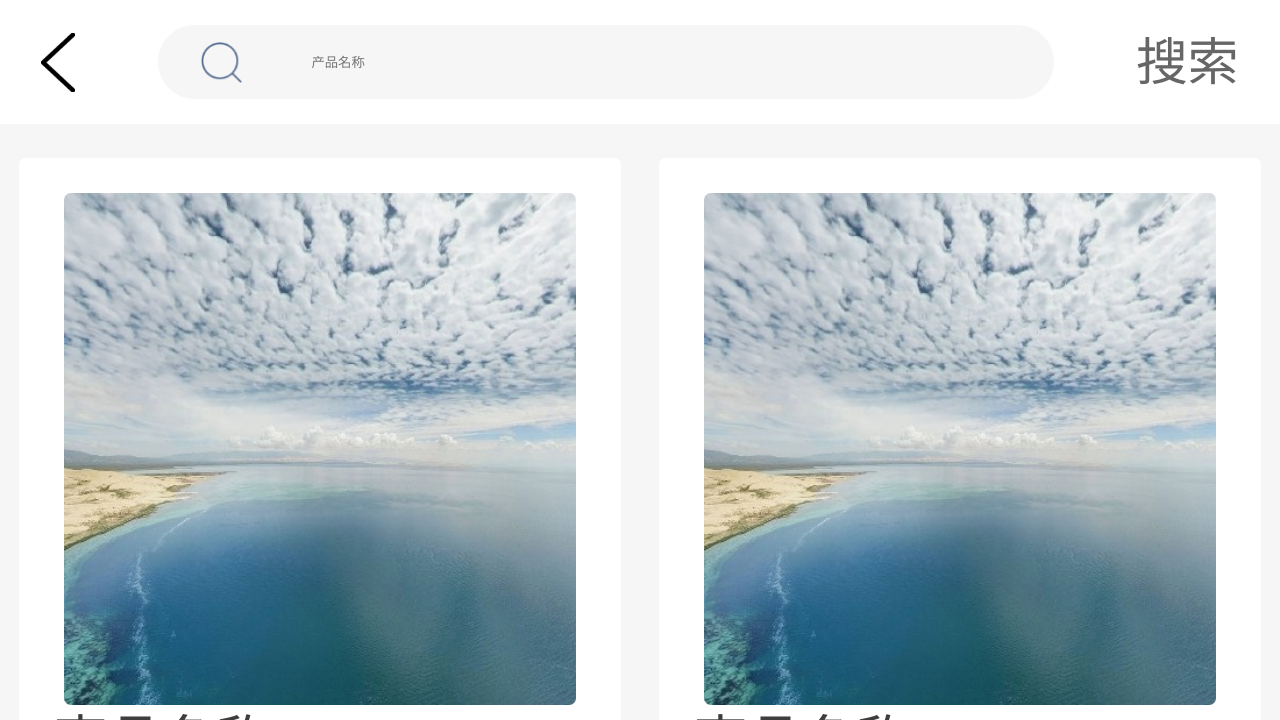
Repository: 421538074/sell
Page: consumer/search.html
The author's editor kept a copy of each file at every save. The page is drawn from the files as they stood at one save, then again after the next save.
The browser window is 1280 px wide. The pictures show the whole page.
An inner scrolling area shows only its first screen.

Above is the page before, as saved 2019-05-30 09:50:47.

### consumer/search.html
<!DOCTYPE html>
<html lang="en">

<head>
    <meta charset="UTF-8">
    <meta name="viewport" content="width=device-width, initial-scale=1.0">
    <meta http-equiv="X-UA-Compatible" content="ie=edge">
    <title>搜索</title>
    <link rel="stylesheet" href="../css/base.css">
    <link rel="stylesheet" href="css/common.css">
    <link rel="stylesheet" href="css/search.css">
</head>

<body>
    <div id="app" class="content">
        <div class="search-bar-wrapper">
            <img @click="back()" src="../img/back.png" class="back-icon">
            <input v-model="keywords" placeholder="产品名称" type="text" class="search-input">
            <img @click="clearInput" v-show="isShowClearIcon" src="../img/close.png" class="clear-icon">
            <span class="serach-title">搜索</span>
        </div>
        <div class="search-result-wrapper">
            <div v-for="n in 20" class="search-goods-item">
                <img src="../img/1.jpg" class="goods-item-icon">
                <p class="goods-title ellipsis">商品名称</p>
                <p class="sell-counts ellipsis">销量：123</p>
                <p class="price-wrapper ellipsis">
                    <span class="current-price ellipsis">￥111</span>
                    <span class="original-price ellipsis">￥120</span>
                </p>
                <p class="shop-title ellipsis">店铺名非对方答复大帅府对方安定坊 称</p>
            </div>
        </div>
    </div>
    <script src="../js/api.js"></script>
    <script src="../js/vue.js"></script>
    <script src="js/vue-mixin.js"></script>
    <script src="js/search.js"></script>
</body>

</html>

### css/base.css
/* http://meyerweb.com/eric/tools/css/reset/
   v2.0 | 20110126
   License: none (public domain)
*/

html,
body,
div,
span,
applet,
object,
iframe,
h1,
h2,
h3,
h4,
h5,
h6,
p,
blockquote,
pre,
a,
abbr,
acronym,
address,
big,
cite,
code,
del,
dfn,
em,
img,
ins,
kbd,
q,
s,
samp,
small,
strike,
strong,
sub,
sup,
tt,
var,
b,
u,
i,
center,
dl,
dt,
dd,
ol,
ul,
li,
fieldset,
form,
label,
legend,
table,
caption,
tbody,
tfoot,
thead,
tr,
th,
td,
article,
aside,
canvas,
details,
embed,
figure,
figcaption,
footer,
header,
hgroup,
menu,
nav,
output,
ruby,
section,
summary,
time,
mark,
audio,
video {
    margin: 0;
    padding: 0;
    border: 0;
    font-size: 100%;
    font: inherit;
    vertical-align: baseline;
}

/* HTML5 display-role reset for older browsers */
article,
aside,
details,
figcaption,
figure,
footer,
header,
hgroup,
menu,
nav,
section {
    display: block;
}

body {
    line-height: 1;
}

ol,
ul {
    list-style: none;
}

blockquote,
q {
    quotes: none;
}

blockquote:before,
blockquote:after,
q:before,
q:after {
    content: '';
    content: none;
}

table {
    border-collapse: collapse;
    border-spacing: 0;
}


body,
html {
    font-size: calc(100vw / 37.5);
    font-family: PingFangSC-Medium;
    background: #F2F2F2;
}


[v-cloak] {
    display: none;
}


hr {
    margin: 0;
    padding: 0;
}

.clearfix {
    zoom: 1;
}

.clearfix:after {
    content: ".";
    display: block;
    visibility: hidden;
    height: 0;
    clear: both;
}

[v-cloak] {
    display: none;
}

### consumer/css/common.css
*{
    box-sizing: border-box;
}
html,body{
    background: #f6f6f6;
}
/**nav bar*/
nav.tool-bar-wrapper {
    height: 3rem;
    background: #ffffff;
    display: flex;
    align-items: center;
    justify-content: space-around;
}
a.nav-item {
    color: #888888;
    text-decoration: none;
    font-size: 1.5rem;
    display: flex;
    flex-direction: column;
    align-items: center;
    justify-content: space-around;
    height: 90%;
}
a.nav-item.active{
    color: #0093FF;
}
img.nav-item-icon{
    width: 1.5rem;
    height: 1.5rem;
}
.search-goods-item {
    width: 47%;
    display: flex;
    align-items: center;
    flex-direction: column;
    margin-bottom: 1rem;
    background: #ffffff;
    padding: 1rem;
    border-radius: 0.2rem;
    padding-bottom: 0;
}
p.goods-title {
    color: #3E3E3E;
    font-size: 1.6rem;
    width: 100%;
    padding: 0.3rem 0;
}
p.sell-counts {
    color: #A6A6A6;
    width: 100%;
    font-size: 1.2rem;
    padding: 0.3rem 0;
}
p.price-wrapper {
    width: 100%;
    padding: 0.3rem 0;
}
span.current-price {
    color: #426196;
    font-size: 2.2rem;
}
span.original-price {
    color: #AAAAAA;
    font-size: 1.4rem;
    text-decoration: line-through;
}
p.shop-title {
    color: #A6A6A6;
    width: 100%;
    padding: 0.5rem 0;
    position: relative;
}
p.shop-title::before {
    content: '';
    position: absolute;
    height: 1px;
    background: #F6F6F6;
    width: 47vw;
    top: 0;
    left: -1rem;
}
.ellipsis{
    overflow: hidden;
    white-space: nowrap;
    text-overflow: ellipsis;
}

### consumer/css/search.css
html,body,div.content{
    height: 100%;
}
div.content{
    display: flex;
    flex-direction: column;
}
.search-bar-wrapper {
    height: 4.5rem;
    display: flex;
    align-items: center;
    justify-content: space-around;
    background: #ffffff;
}
input.search-input {
    width: 70%;
    border: none;
    height: 60%;
    border-radius: 10rem;
    background: url(../../img/search-icon.png) no-repeat;
    background-size: 1.2rem;
    background-position: 5% center;
    background-color: #F6F6F6;
    padding-left: 12%;
    padding-right: 10%;
    outline: 0;
}
input.search-inpug::-webkit-input-placeholder {
    color: #A9B7CE;
}
span.serach-title {
    color: #666666;
    font-size: 1.5rem;
}
img.back-icon {
    width: 1rem;
    height: auto;
}
img.clear-icon {
    position: absolute;
    width: 1.5rem;
    height: auto;
    right: 20%;
}
img.goods-item-icon {
    width: 40vw;
    height: 40vw;
    border-radius: 0.2rem;
}
.search-result-wrapper {
    display: flex;
    align-items: center;
    justify-content: space-around;
    flex-wrap: wrap;
    overflow: scroll;
    height: 100%;
    padding: 1rem 0;
}

### js/api.js



// window.warn = {
//     alert: function alert(msg) {
//         var template = `
// `
//         $('body').append(template);
//         $('.alert-body').animate({
//             top: "40px"
//         }, 200);
//         // setTimeout(function () {
//         //     warn.close();
//         // }, 1500);
//     },
//     close: function close() {
//         $('.alert-body').animate({
//             top: "-280px"
//         }, 200);
//         setTimeout(function () {
//             $('#alert-msg').remove();
//         }, 200);
//     }
// };

### consumer/js/vue-mixin.js
Vue.mixin({
    methods: {
        /**
         * 返回
         */
        back() {
            history.go(-1);
        },
        /**
         * 限制长度
         * @param {String} 要限制长度的字段
         * @param {Number} 长度
         */
        limitLength(key, length) {
            this[key] = this[key].substring(0, length);
        },
        /**
         * 验证11位手机号
         * @param {Number} phone
         */
        validatePhone(phone) {
            const phoneReg = /^[1-9][0-9]{9}[0-9]$/;
            return phoneReg.test(phone);
        },
        /**
         * 发送手机验证码
         * @param {Number} waitTimeKey 等待时间键名
         * @param {String} tipsKey 发送验证码显示的信息的键名
         * @param {String} phoneKey 手机号键名
         * @param {String} reSendMsg  按钮默认显示的文字
         */
        sendCode(waitTimeKey, tipsKey, phoneKey, defaultMsg) {
            if (!this.validatePhone(this[phoneKey])) {
                alert('无效手机号!');
                return;
            }
            if (this[waitTimeKey] == 60) {
                $.post('', {
                        phone: this[phoneKey]
                    }, (res) => {
                        if (res.status == 1) {
                            const interval = setInterval(() => {
                                if (this[waitTimeKey] == 1) {
                                    this[waitTimeKey] = 60;
                                    this[tipsKey] = defaultMsg;
                                    clearInterval(interval);
                                    return;
                                }
                                this[waitTimeKey] -= 1;
                                this[tipsKey] = `${this[waitTimeKey]}s`;
                            }, 1000);
                        } else {
                            alert('发送失败!');
                        }
                    }, 'json')
                    .fail(err => {
                        alert('服务器异常!');
                    });
            }
        },
        /**
         * 链接跳转
         * @param {String} url
         */
        linkTo(url) {
            window.location.href = url;
        }
    },
    filters: {

    }
})

### consumer/js/search.js
new Vue({
    el:'#app',
    data() {
        return {
            // 是否显示清空图标
            isShowClearIcon:false,
            keywords:''
        }
    },
    methods: {
        clearInput() {
            this.keywords = '';
        }
    },
    watch: {
        keywords() {
            if(this.keywords.length > 0) {
                this.isShowClearIcon = true;
            }
            else {
                this.isShowClearIcon = false;
            }
        }
    },
});

Loaded but not shown: js/vue.js (library)

After the next save:
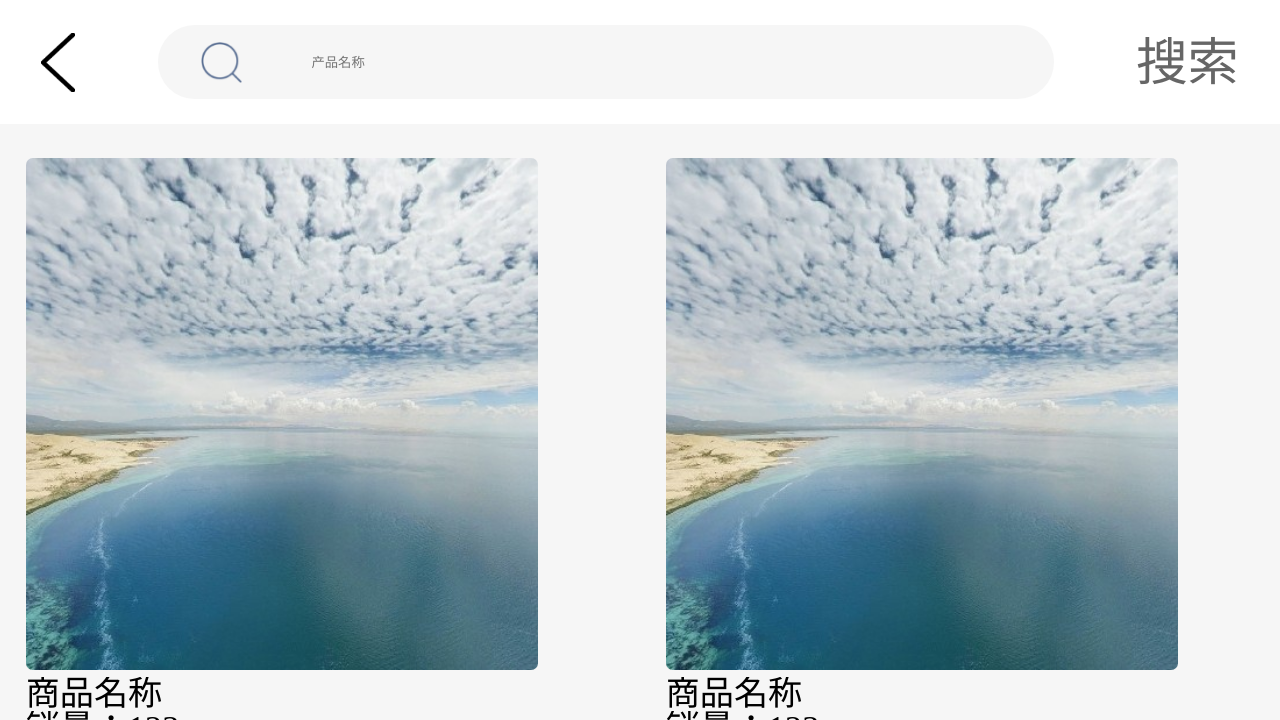
Saved 82 s later.
--- a/consumer/css/common.css
+++ b/consumer/css/common.css
@@ -29,57 +29,6 @@ img.nav-item-icon{
     width: 1.5rem;
     height: 1.5rem;
 }
-.search-goods-item {
-    width: 47%;
-    display: flex;
-    align-items: center;
-    flex-direction: column;
-    margin-bottom: 1rem;
-    background: #ffffff;
-    padding: 1rem;
-    border-radius: 0.2rem;
-    padding-bottom: 0;
-}
-p.goods-title {
-    color: #3E3E3E;
-    font-size: 1.6rem;
-    width: 100%;
-    padding: 0.3rem 0;
-}
-p.sell-counts {
-    color: #A6A6A6;
-    width: 100%;
-    font-size: 1.2rem;
-    padding: 0.3rem 0;
-}
-p.price-wrapper {
-    width: 100%;
-    padding: 0.3rem 0;
-}
-span.current-price {
-    color: #426196;
-    font-size: 2.2rem;
-}
-span.original-price {
-    color: #AAAAAA;
-    font-size: 1.4rem;
-    text-decoration: line-through;
-}
-p.shop-title {
-    color: #A6A6A6;
-    width: 100%;
-    padding: 0.5rem 0;
-    position: relative;
-}
-p.shop-title::before {
-    content: '';
-    position: absolute;
-    height: 1px;
-    background: #F6F6F6;
-    width: 47vw;
-    top: 0;
-    left: -1rem;
-}
 .ellipsis{
     overflow: hidden;
     white-space: nowrap;

After the save that followed:
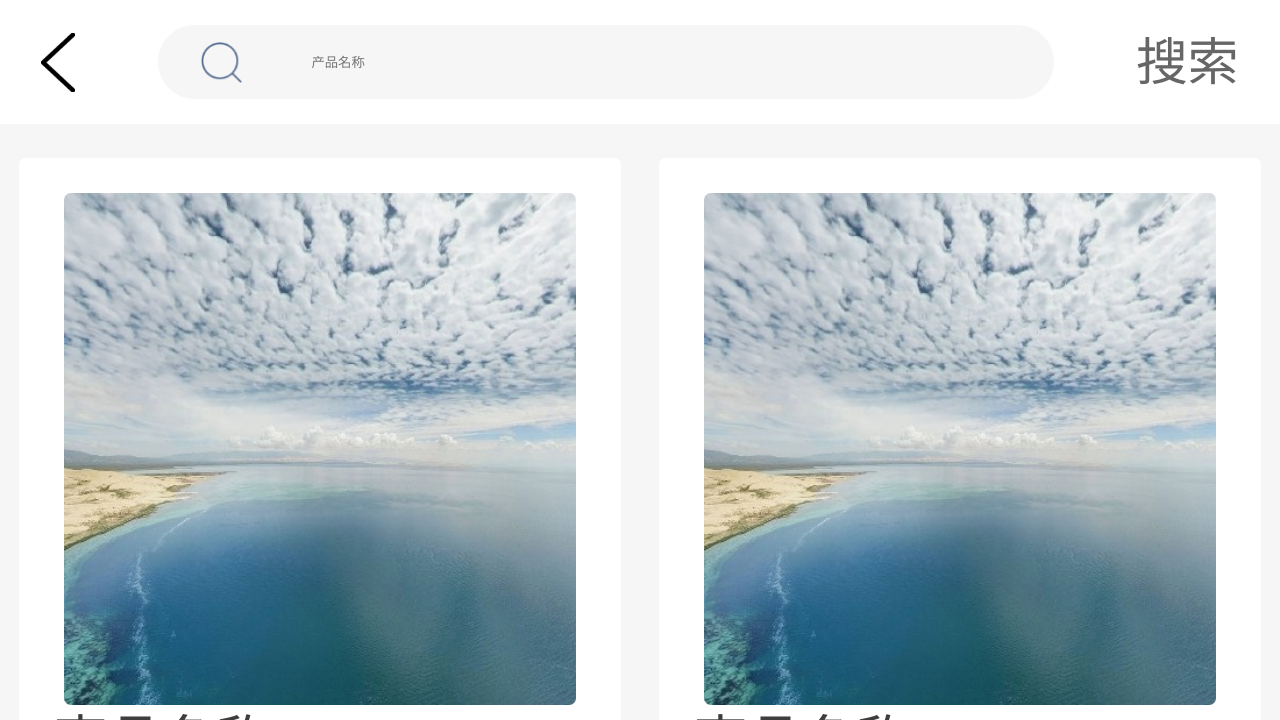
Saved 3 s later.
--- a/consumer/css/search.css
+++ b/consumer/css/search.css
@@ -56,3 +56,54 @@ img.goods-item-icon {
     height: 100%;
     padding: 1rem 0;
 }
+.search-goods-item {
+    width: 47%;
+    display: flex;
+    align-items: center;
+    flex-direction: column;
+    margin-bottom: 1rem;
+    background: #ffffff;
+    padding: 1rem;
+    border-radius: 0.2rem;
+    padding-bottom: 0;
+}
+p.goods-title {
+    color: #3E3E3E;
+    font-size: 1.6rem;
+    width: 100%;
+    padding: 0.3rem 0;
+}
+p.sell-counts {
+    color: #A6A6A6;
+    width: 100%;
+    font-size: 1.2rem;
+    padding: 0.3rem 0;
+}
+p.price-wrapper {
+    width: 100%;
+    padding: 0.3rem 0;
+}
+span.current-price {
+    color: #426196;
+    font-size: 2.2rem;
+}
+span.original-price {
+    color: #AAAAAA;
+    font-size: 1.4rem;
+    text-decoration: line-through;
+}
+p.shop-title {
+    color: #A6A6A6;
+    width: 100%;
+    padding: 0.5rem 0;
+    position: relative;
+}
+p.shop-title::before {
+    content: '';
+    position: absolute;
+    height: 1px;
+    background: #F6F6F6;
+    width: 47vw;
+    top: 0;
+    left: -1rem;
+}
